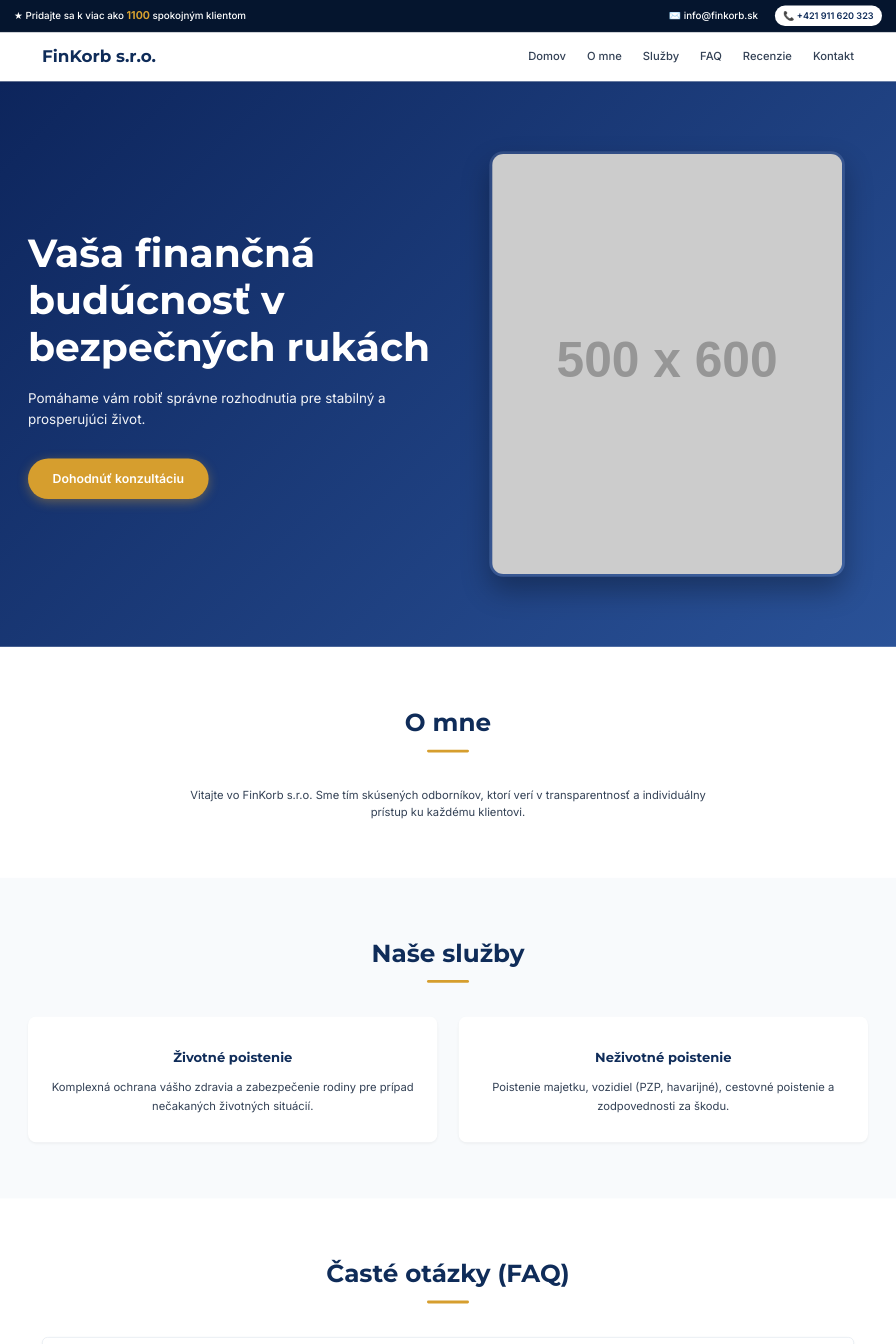
Repository: IvanK03/personal_web
Page: web/index.html
An editor plug-in stored every save of this project. The page is shown before and after the next save, followed by the edit.
The browser window is 1280 px wide. The pictures show the part of the page from y = 0 to 1920 px (the page is 2885 px tall before and 3570 px after), at 70% of full size.

Above is the page before, as saved 2026-02-22 12:19:49.

### web/index.html
<!DOCTYPE html>
<html lang="sk">
<head>
    <meta charset="UTF-8">
    <meta name="viewport" content="width=device-width, initial-scale=1.0">
    <meta name="description" content="FinKorb s.r.o. - Komplexné finančné poradenstvo, poistenie, hypotéky a investovanie.">
    <title>FinKorb s.r.o. - Finančný poradca</title>
    <link rel="stylesheet" href="style.css">
</head>
<body>

    <!-- Hlavička s navigáciou -->
    <header>
        <div class="top-bar">
            <div class="top-bar-left">
                ★ Pridajte sa k viac ako <strong class="pulse-number">1100</strong> spokojným klientom
            </div>
            <div class="top-bar-right">
                <a href="mailto:info@finkorb.sk">✉️ info@finkorb.sk</a>
                <a href="tel:+421911620323" class="phone-btn">📞 +421 911 620 323</a>
            </div>
        </div>
        <div class="container">
            <a href="#" class="logo">FinKorb s.r.o.</a>
            <nav>
                <ul>
                    <li><a href="#hero">Domov</a></li>
                    <li><a href="#o-mne">O mne</a></li>
                    <li><a href="#sluzby">Služby</a></li>
                    <li><a href="#faq">FAQ</a></li>
                    <li><a href="#recenzie">Recenzie</a></li>
                    <li><a href="#kontakt">Kontakt</a></li>
                </ul>
            </nav>
        </div>
    </header>

    <main>
        <!-- Hero sekcia -->
        <section id="hero">
            <div class="hero-content">
                <div class="hero-text">
                    <h1>Vaša finančná budúcnosť v bezpečných rukách</h1>
                    <p>Pomáhame vám robiť správne rozhodnutia pre stabilný a prosperujúci život.</p>
                    <a href="#kontakt" class="btn-primary">Dohodnúť konzultáciu</a>
                </div>
                <div class="hero-image">
                    <!-- Dočasný placeholder obrázok. Neskôr zmeňte src na "images/moja-fotka.png" -->
                    <img src="https://placehold.co/500x600/png?text=Moja+Fotka" alt="Finančný poradca - Ivan Korbini">
                </div>
            </div>
        </section>

        <!-- Sekcia O mne -->
        <section id="o-mne">
            <h2>O mne</h2>
            <p>Vitajte vo FinKorb s.r.o. Sme tím skúsených odborníkov, ktorí verí v transparentnosť a individuálny prístup ku každému klientovi.</p>
        </section>

        <!-- Sekcia Služby -->
        <section id="sluzby">
            <h2>Naše služby</h2>
            <div class="services-grid">
                <article class="service-item">
                    <h3>Životné poistenie</h3>
                    <p>Komplexná ochrana vášho zdravia a zabezpečenie rodiny pre prípad nečakaných životných situácií.</p>
                </article>
                <article class="service-item">
                    <h3>Neživotné poistenie</h3>
                    <p>Poistenie majetku, vozidiel (PZP, havarijné), cestovné poistenie a zodpovednosti za škodu.</p>
                </article>
            </div>
        </section>

        <!-- Sekcia Časté otázky (FAQ) -->
        <section id="faq">
            <h2>Časté otázky (FAQ)</h2>
            <details>
                <summary>Čo robiť v prípade dopravnej nehody?</summary>
                <p>Zachovajte pokoj, zabezpečte miesto nehody a skontrolujte zranenia. Ak je to nutné, volajte záchranné zložky (112). Pri väčšej škode alebo zranení je potrebné privolať políciu. Následne vyplňte správu, v prípade nejasností nás kontaktujte na čísle +421 911 620 323 alebo +421 911 032 103 – pomôžeme vám s nahlásením poistnej udalosti.</p>
            </details>
        </section>

        <!-- Sekcia Recenzie -->
        <section id="recenzie">
            <h2>Čo hovoria naši klienti</h2>
            <div class="reviews-grid">
                <article class="review-item">
                    <div class="stars">★★★★★</div>
                    <p>"Pán Korbini mi veľmi pomohol s nastavením životného poistenia. Profesionálny prístup a všetko mi jasne vysvetlil. Odporúčam!"</p>
                    <h4>– Peter N.</h4>
                </article>
                <article class="review-item">
                    <div class="stars">★★★★★</div>
                    <p>"Rýchle vybavenie poistnej udalosti a skvelá komunikácia. Konečne mám pocit, že sú moje financie v dobrých rukách."</p>
                    <h4>– Jana M.</h4>
                </article>
            </div>
        </section>
    </main>

    <!-- Päta s kontaktom -->
    <footer id="kontakt">
        <div class="footer-content">
            <h3>Kontaktujte nás</h3>
            <p>Email: ivan.korbini@gmail.com</p>
            <p>Telefón: +421 911 620 323 | +421 911 032 103</p>
            <p>Adresa: Sološnícka 566/13, Bratislava</p>
        </div>
        <p class="copyright">&copy; 2026 FinKorb s.r.o. Všetky práva vyhradené.</p>
    </footer>

    <script src="script.js"></script>
</body>
</html>

### web/style.css
/* Import Google Fonts */
@import url('https://fonts.googleapis.com/css2?family=Inter:wght@400;500;600&family=Montserrat:wght@600;700&display=swap');

/* Základné premenné pre konzistentný dizajn */
:root {
    --primary-color: #0f2c59; /* Tmavomodrá - Dôvera */
    --secondary-color: #1a3c70; /* Svetlejšia modrá pre gradienty */
    --accent-color: #d69e2e; /* Zlatá/Oranžová - Call to Action */
    --accent-hover: #b7791f;
    --text-dark: #334155;
    --text-light: #64748b;
    --bg-light: #f8fafc;
    --white: #ffffff;
    --shadow-sm: 0 2px 4px rgba(0, 0, 0, 0.05);
    --shadow-md: 0 4px 6px rgba(0, 0, 0, 0.1);
    --shadow-lg: 0 10px 15px rgba(0, 0, 0, 0.1);
    --transition: all 0.3s ease;
}

/* Reset a základné nastavenia */
* {
    margin: 0;
    padding: 0;
    box-sizing: border-box;
}

html {
    scroll-behavior: smooth;
}

body {
    font-family: 'Inter', sans-serif;
    line-height: 1.6;
    color: var(--text-dark);
    background-color: var(--white);
}

h1, h2, h3 {
    font-family: 'Montserrat', sans-serif;
    color: var(--primary-color);
    margin-bottom: 1rem;
}

h2 {
    font-size: 2.2rem;
    text-align: center;
    margin-bottom: 3rem;
    position: relative;
}

/* Dekoratívna čiara pod nadpismi sekcií */
h2::after {
    content: '';
    display: block;
    width: 60px;
    height: 4px;
    background-color: var(--accent-color);
    margin: 10px auto 0;
    border-radius: 2px;
}

a {
    text-decoration: none;
    color: inherit;
}

ul {
    list-style: none;
}

/* Layout utility */
.container {
    max-width: 1200px;
    margin: 0 auto;
    padding: 0 20px;
}

section {
    padding: 80px 20px;
    max-width: 1200px;
    margin: 0 auto;
}

/* Hlavička a Navigácia */
header {
    background-color: var(--white);
    box-shadow: var(--shadow-sm);
    position: sticky;
    top: 0;
    z-index: 1000;
    padding: 0; /* Padding presunieme na container kvôli top-bar */
}

/* Horná lišta s počtom klientov */
.top-bar {
    background-color: #05152e; /* Veľmi tmavá modrá, takmer čierna */
    color: var(--white);
    padding: 8px 20px;
    font-size: 14px;
    font-weight: 500;
    display: flex;
    justify-content: space-between;
    align-items: center;
    border-bottom: 1px solid rgba(255, 255, 255, 0.05);
}

.top-bar-right a {
    color: var(--white);
    text-decoration: none;
    margin-left: 20px;
    transition: var(--transition);
}

.top-bar-right a:hover {
    color: var(--accent-color);
}

/* Štýl pre telefónne tlačidlo v hornej lište */
.phone-btn {
    background-color: var(--white);
    color: var(--primary-color) !important; /* Prepíšeme farbu odkazu */
    padding: 4px 12px;
    border-radius: 15px;
    font-weight: 600;
    font-size: 13px;
    display: inline-block;
}

.pulse-number {
    color: var(--accent-color);
    font-weight: 800;
    font-size: 1.1em;
    animation: pulse-gold 2s infinite;
}

@keyframes pulse-gold {
    0% { text-shadow: 0 0 0 rgba(214, 158, 46, 0.4); }
    50% { text-shadow: 0 0 10px rgba(214, 158, 46, 0.8); color: #ecc94b; }
    100% { text-shadow: 0 0 0 rgba(214, 158, 46, 0.4); }
}

.phone-btn:hover {
    background-color: #e2e8f0;
    transform: translateY(-1px);
}

/* Štýl pre prilepenú hlavičku pri scrollovaní */
header.scrolled {
    background-color: rgba(255, 255, 255, 0.95); /* Jemne priehľadná biela */
    backdrop-filter: blur(5px); /* Rozostrenie pozadia */
    box-shadow: var(--shadow-md);
    transition: all 0.3s ease;
}

header .container {
    display: flex;
    justify-content: space-between;
    align-items: center;
    padding-top: 1rem;
    padding-bottom: 1rem;
    transition: var(--transition);
}

header.scrolled .container {
    padding-top: 0.5rem;
    padding-bottom: 0.5rem;
}

.logo {
    font-family: 'Montserrat', sans-serif;
    font-size: 1.5rem;
    font-weight: 700;
    color: var(--primary-color);
}

nav ul {
    display: flex;
    gap: 30px;
}

nav a {
    font-weight: 500;
    color: var(--text-dark);
    transition: var(--transition);
}

nav a:hover {
    color: var(--accent-color);
}

/* Hero Sekcia */
#hero {
    background: linear-gradient(135deg, #0d255c, #2a5298); /* Nový hlbší gradient */
    color: var(--white);
    padding: 100px 20px;
    max-width: 100%; /* Hero roztiahneme na celú šírku */
    overflow: hidden;
}

.hero-content {
    max-width: 1200px;
    margin: 0 auto;
    display: flex;
    align-items: center;
    justify-content: space-between;
    gap: 50px;
    text-align: left;
}

.hero-text {
    flex: 1;
}

.hero-image {
    flex: 1;
    display: flex;
    justify-content: center;
}

.hero-image img {
    max-width: 100%;
    height: auto;
    border-radius: 20px;
    box-shadow: 0 20px 40px rgba(0, 0, 0, 0.3);
    border: 4px solid rgba(255, 255, 255, 0.1);
    object-fit: cover;
}

#hero h1 {
    color: var(--white);
    font-size: 3.5rem;
    margin-bottom: 1.5rem;
    line-height: 1.2;
}

#hero p {
    font-size: 1.2rem;
    margin-bottom: 2.5rem;
    opacity: 0.95;
    max-width: 600px;
}

/* Tlačidlá */
.btn-primary {
    display: inline-block;
    background-color: var(--accent-color);
    color: var(--white);
    padding: 15px 35px;
    border-radius: 50px;
    font-weight: 600;
    font-size: 1.1rem;
    transition: var(--transition);
    box-shadow: 0 4px 15px rgba(214, 158, 46, 0.4);
}

.btn-primary:hover {
    background-color: var(--accent-hover);
    transform: translateY(-3px);
    box-shadow: 0 6px 20px rgba(214, 158, 46, 0.6);
}

/* Sekcia O mne */
#o-mne {
    text-align: center;
    max-width: 800px;
}

/* Sekcia Služby - Grid */
#sluzby {
    background-color: var(--bg-light);
    max-width: 100%; /* Pozadie na celú šírku */
}

.services-grid {
    display: grid;
    grid-template-columns: repeat(auto-fit, minmax(300px, 1fr));
    gap: 30px;
    max-width: 1200px;
    margin: 0 auto;
}

.service-item {
    background: var(--white);
    padding: 40px 30px;
    border-radius: 12px;
    box-shadow: var(--shadow-sm);
    transition: var(--transition);
    text-align: center;
    border-top: 4px solid transparent;
}

.service-item:hover {
    transform: translateY(-10px);
    box-shadow: var(--shadow-lg);
    border-top: 4px solid var(--accent-color);
}

.service-item h3 {
    margin-bottom: 15px;
}

/* FAQ Sekcia */
details {
    background-color: var(--white);
    margin-bottom: 15px;
    border-radius: 8px;
    box-shadow: var(--shadow-sm);
    overflow: hidden;
    border: 1px solid #e2e8f0;
}

summary {
    padding: 20px;
    cursor: pointer;
    font-weight: 600;
    color: var(--primary-color);
    list-style: none; /* Skryje defaultnú šípku */
    position: relative;
    display: flex;
    justify-content: space-between;
    align-items: center;
}

summary::-webkit-details-marker {
    display: none;
}

summary::after {
    content: '+';
    font-size: 1.5rem;
    color: var(--accent-color);
    font-weight: bold;
}

details[open] summary::after {
    content: '-';
}

details p {
    padding: 0 20px 20px 20px;
    color: var(--text-light);
    border-top: 1px solid #f1f5f9;
    margin-top: 0;
    padding-top: 15px;
    /* Animácia pre plynulé zobrazenie textu */
    animation: fadeIn 0.4s ease-out;
}

@keyframes fadeIn {
    from {
        opacity: 0;
        transform: translateY(-10px);
    }
    to {
        opacity: 1;
        transform: translateY(0);
    }
}

/* Recenzie Sekcia */
#recenzie {
    background-color: var(--bg-light);
    max-width: 100%;
}

.reviews-grid {
    display: grid;
    grid-template-columns: repeat(auto-fit, minmax(300px, 1fr));
    gap: 30px;
    max-width: 1200px;
    margin: 0 auto;
}

.review-item {
    background: var(--white);
    padding: 30px;
    border-radius: 12px;
    box-shadow: var(--shadow-sm);
    text-align: center;
}

.stars {
    color: var(--accent-color);
    font-size: 1.5rem;
    margin-bottom: 15px;
}

.review-item h4 {
    margin-top: 20px;
    color: var(--primary-color);
}

/* Päta */
footer {
    background-color: var(--primary-color);
    color: var(--white);
    text-align: center;
    padding: 60px 20px 20px;
}

.footer-content h3 {
    color: var(--accent-color);
    margin-bottom: 20px;
}

.footer-content p {
    margin-bottom: 10px;
    opacity: 0.8;
}

.copyright {
    margin-top: 40px;
    padding-top: 20px;
    border-top: 1px solid rgba(255, 255, 255, 0.1);
    font-size: 0.9rem;
    opacity: 0.6;
}

/* Responzivita pre mobily */
@media (max-width: 768px) {
    header .container {
        flex-direction: column;
        gap: 15px;
    }

    nav ul {
        flex-wrap: wrap;
        justify-content: center;
        gap: 15px;
    }

    #hero h1 {
        font-size: 2.2rem;
    }

    .hero-content {
        flex-direction: column;
        text-align: center;
        gap: 40px;
    }

    #hero p {
        margin-left: auto;
        margin-right: auto;
    }

    section {
        padding: 60px 20px;
    }
}

### web/script.js
document.addEventListener('DOMContentLoaded', () => {

    // --- 1. Sticky Header (Prilepenie hlavičky) ---
    const header = document.querySelector('header');

    window.addEventListener('scroll', () => {
        // Ak sme odscrollovali viac ako 50px, pridáme triedu 'scrolled'
        if (window.scrollY > 50) {
            header.classList.add('scrolled');
        } else {
            header.classList.remove('scrolled');
        }
    });

    // --- 2. Interaktívne FAQ (Akordeón) ---
    const detailsElements = document.querySelectorAll('details');

    detailsElements.forEach(detail => {
        detail.addEventListener('click', (e) => {
            // Zistíme, či sa kliklo na <summary> (hlavičku otázky)
            if (e.target.tagName.toLowerCase() === 'summary') {
                // Ak sa práve otvára (ešte nie je 'open'), zatvoríme ostatné
                if (!detail.hasAttribute('open')) {
                    detailsElements.forEach(otherDetail => {
                        if (otherDetail !== detail) {
                            otherDetail.removeAttribute('open');
                        }
                    });
                }
            }
        });
    });
});

After the next save:
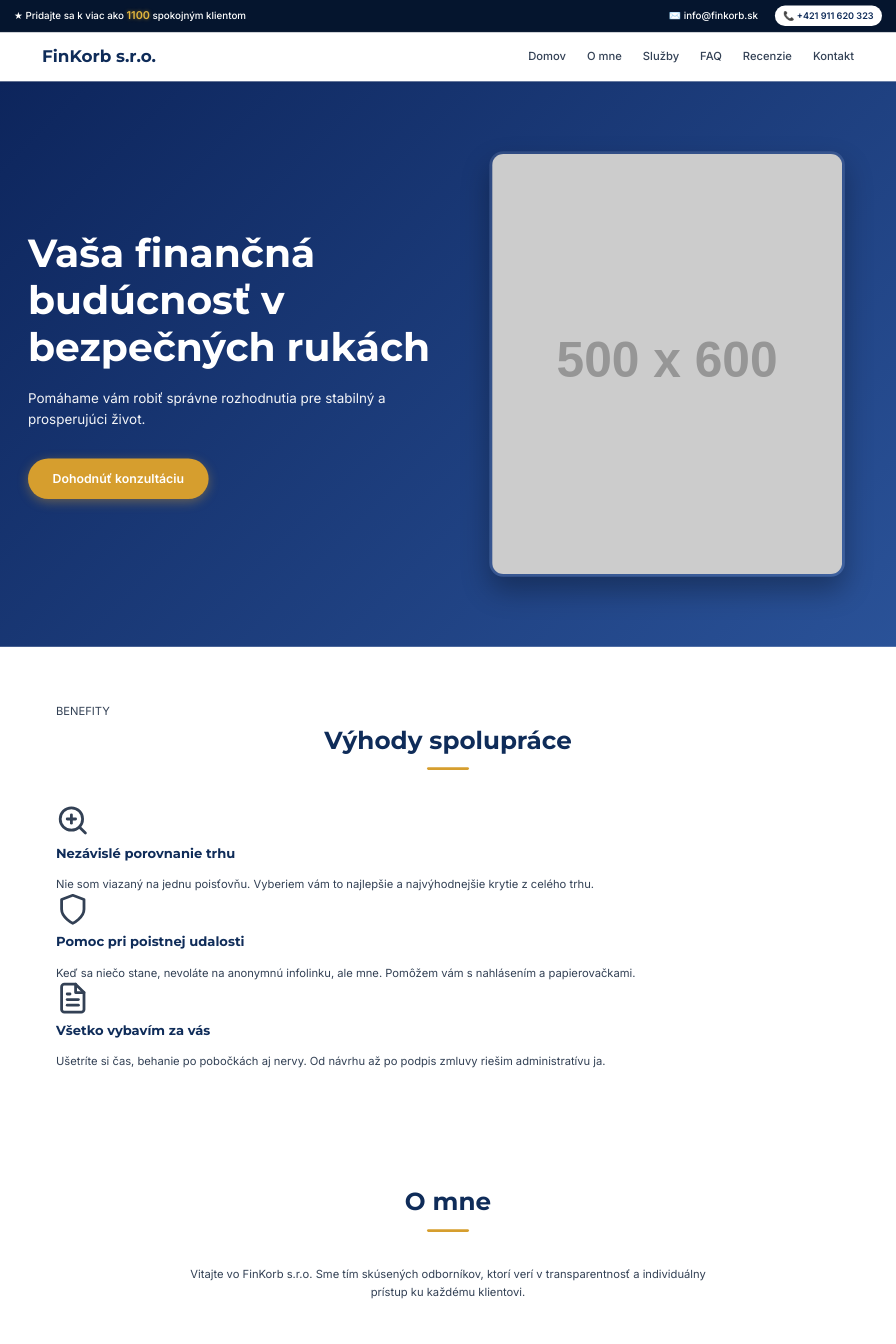
Saved 2 min 1 s later.
--- a/web/index.html
+++ b/web/index.html
@@ -47,6 +47,42 @@
                 <div class="hero-image">
                     <!-- Dočasný placeholder obrázok. Neskôr zmeňte src na "images/moja-fotka.png" -->
                     <img src="https://placehold.co/500x600/png?text=Moja+Fotka" alt="Finančný poradca - Ivan Korbini">
+                </div>
+            </div>
+        </section>
+
+        <!-- Sekcia Výhody spolupráce -->
+        <section id="vyhody">
+            <div class="container">
+                <div class="section-header">
+                    <span class="section-subtitle">BENEFITY</span>
+                    <h2>Výhody spolupráce</h2>
+                </div>
+                <div class="benefits-grid">
+                    <!-- Výhoda 1 -->
+                    <div class="benefit-item">
+                        <div class="benefit-icon">
+                            <svg xmlns="http://www.w3.org/2000/svg" width="48" height="48" viewBox="0 0 24 24" fill="none" stroke="currentColor" stroke-width="2" stroke-linecap="round" stroke-linejoin="round"><circle cx="11" cy="11" r="8"></circle><line x1="21" y1="21" x2="16.65" y2="16.65"></line><line x1="11" y1="8" x2="11" y2="14"></line><line x1="8" y1="11" x2="14" y2="11"></line></svg>
+                        </div>
+                        <h3>Nezávislé porovnanie trhu</h3>
+                        <p>Nie som viazaný na jednu poisťovňu. Vyberiem vám to najlepšie a najvýhodnejšie krytie z celého trhu.</p>
+                    </div>
+                    <!-- Výhoda 2 -->
+                    <div class="benefit-item">
+                        <div class="benefit-icon">
+                            <svg xmlns="http://www.w3.org/2000/svg" width="48" height="48" viewBox="0 0 24 24" fill="none" stroke="currentColor" stroke-width="2" stroke-linecap="round" stroke-linejoin="round"><path d="M12 22s8-4 8-10V5l-8-3-8 3v7c0 6 8 10 8 10z"></path></svg>
+                        </div>
+                        <h3>Pomoc pri poistnej udalosti</h3>
+                        <p>Keď sa niečo stane, nevoláte na anonymnú infolinku, ale mne. Pomôžem vám s nahlásením a papierovačkami.</p>
+                    </div>
+                    <!-- Výhoda 3 -->
+                    <div class="benefit-item">
+                        <div class="benefit-icon">
+                            <svg xmlns="http://www.w3.org/2000/svg" width="48" height="48" viewBox="0 0 24 24" fill="none" stroke="currentColor" stroke-width="2" stroke-linecap="round" stroke-linejoin="round"><path d="M14 2H6a2 2 0 0 0-2 2v16a2 2 0 0 0 2 2h12a2 2 0 0 0 2-2V8z"></path><polyline points="14 2 14 8 20 8"></polyline><line x1="16" y1="13" x2="8" y2="13"></line><line x1="16" y1="17" x2="8" y2="17"></line><polyline points="10 9 9 9 8 9"></polyline></svg>
+                        </div>
+                        <h3>Všetko vybavím za vás</h3>
+                        <p>Ušetríte si čas, behanie po pobočkách aj nervy. Od návrhu až po podpis zmluvy riešim administratívu ja.</p>
+                    </div>
                 </div>
             </div>
         </section>
